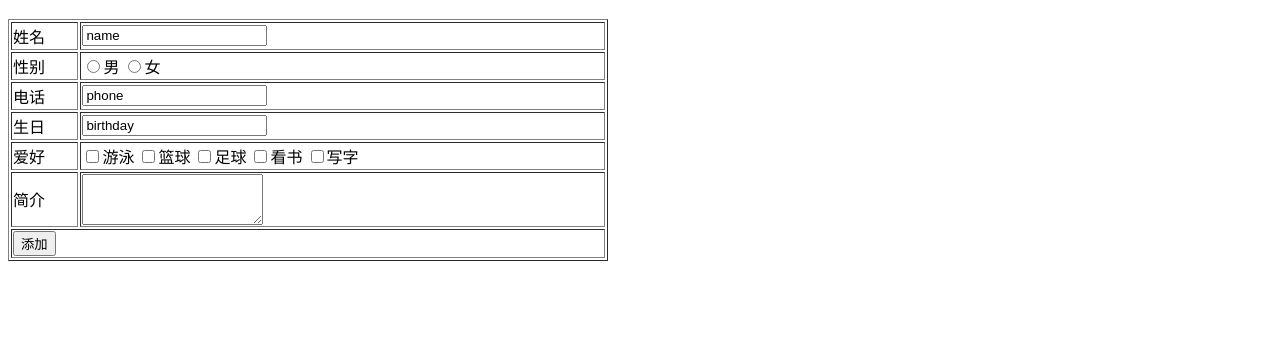
Repository: ChengqunYang/JAVA
Page: http://localhost/stu/add.jsp
These files come from the project's save history. The page is drawn as it stood at one moment and after the next save; the edit follows.
The browser window is 1280 px wide. The pictures show the whole page.
The page is served by Tomcat 9. Other server files are loaded and not shown.

Above is the page before, as saved 2019-04-08 11:17:06.

### stu/WebContent/add.jsp
<%@ page language="java" contentType="text/html; charset=UTF-8"
    pageEncoding="UTF-8"%>
<!DOCTYPE html PUBLIC "-//W3C//DTD HTML 4.01 Transitional//EN" "http://www.w3.org/TR/html4/loose.dtd">
<html>
<head>
<meta http-equiv="Content-Type" content="text/html; charset=UTF-8">
<title>添加学生页面</title>
</head>
<body>
<h3></h3>
<form method="post" action ="">
<table border = "1" width = "600">
	<tr>
		<td>姓名</td>
		<td><input type = "text" value = "name"></td>
	</tr>
	<tr>
		<td>性别</td>
		<td>
		<input type = "radio" name = "gender" value = "男">男
		<input type = "radio" name = "gneder" value = "女">女
		</td>
	</tr>
	<tr>
		<td>电话</td>
		<td><input type = "text" value = "phone"></td>
	</tr>
	<tr>
		<td>生日</td>
		<td><input type = "text" value = "birthday"></td>
	</tr>
	<tr>
		<td>爱好</td>
		<td>
		<input type = "checkbox" value = "游泳">游泳
		<input type = "checkbox" value = "篮球">篮球
		<input type = "checkbox" value = "足球">足球
		<input type = "checkbox" value = "看书">看书
		<input type = "checkbox" value = "写字">写字
		</td>
	</tr>
	<tr>
		<td>简介</td>
		<td><textarea  name = "info" rows="3" cols=""></textarea></td>
	</tr>
	<tr>
		<td colspan="2" ><input type = "submit" value = "添加"> </td>
	</tr>

</table>
</form>
</body>
</html>

After the next save:
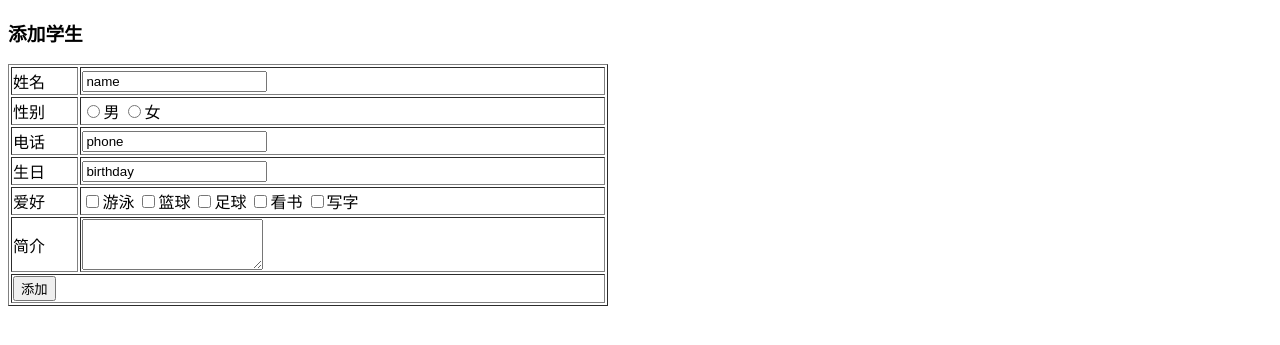
Saved 8 min 55 s later.
--- a/stu/WebContent/add.jsp
+++ b/stu/WebContent/add.jsp
@@ -7,7 +7,7 @@
 <title>添加学生页面</title>
 </head>
 <body>
-<h3></h3>
+<h3>添加学生</h3>
 <form method="post" action ="">
 <table border = "1" width = "600">
 	<tr>
